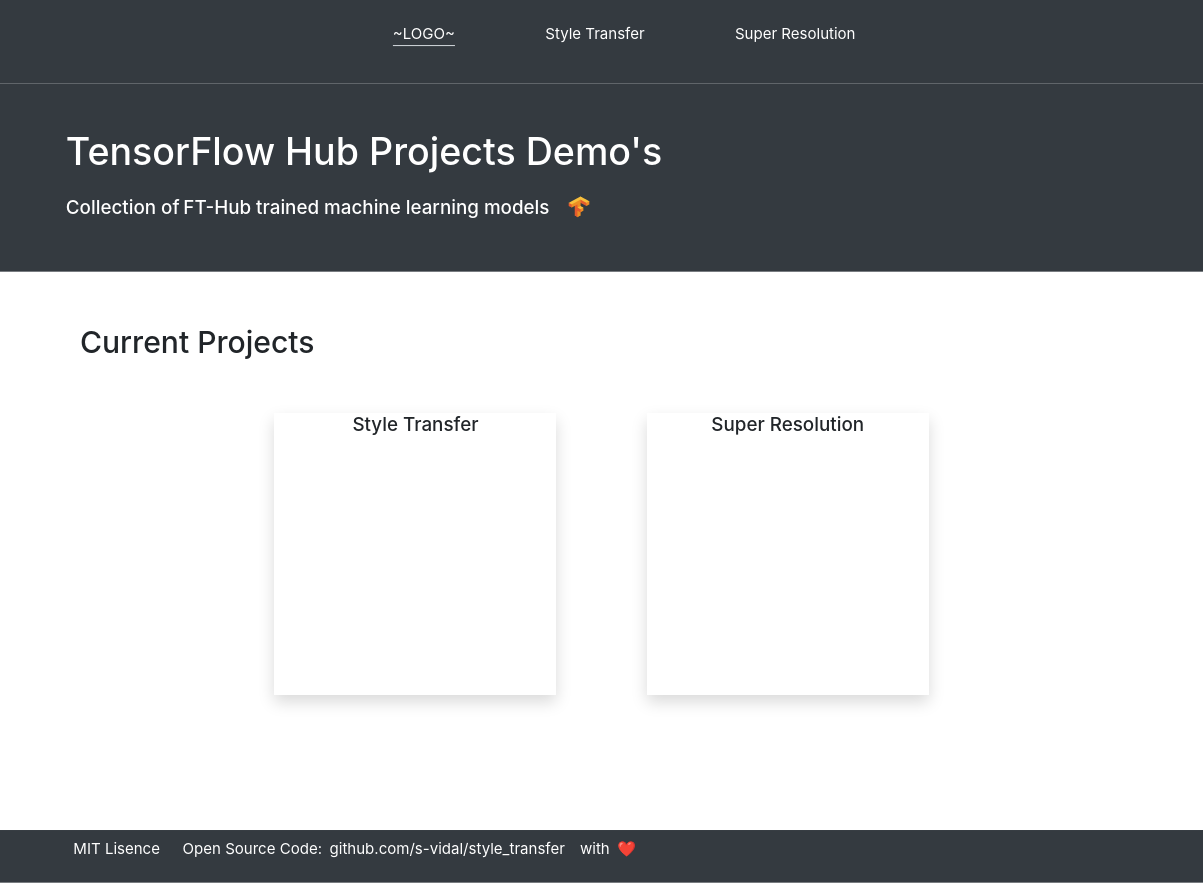
Repository: s-vidal/style_transfer
Page: / (app in client/)
An editor plug-in stored every save of this project. The page is shown before and after a run of saves, followed by the edit.
The browser window is 1280 px wide. The pictures show the whole page, at 94% of full size.
The page's requests for data from a server got no answer. The project was rebuilt for these pictures with package versions that can differ from the ones it lists, and the page was loaded fresh each time. A package was used in the major version that the imports need, not the one package.json lists. No one was signed in, and anything a server would have sent is missing. Also part of the build but not shown: client/src/components/DropZone.jsx, client/src/lib/api.js, client/src/components/Inference.jsx, client/src/components/Header.jsx, client/src/pages/StyleTransfer.jsx, client/src/pages/SuperResolution.jsx.

Above is the page before, as saved 2020-09-30 14:29:50.

### client/public/index.html
<!DOCTYPE html>
<html lang="en">
  <head>
    <meta charset="utf-8" />
    <link rel="icon" href="%PUBLIC_URL%/favicon.ico" />
    <meta name="viewport" content="width=device-width, initial-scale=1" />
    <meta name="theme-color" content="#000000" />
    <meta
      name="description"
      content="Web site created using create-react-app"
    />
    <link rel="apple-touch-icon" href="%PUBLIC_URL%/logo192.png" />
    <!--
      manifest.json provides metadata used when your web app is installed on a
      user's mobile device or desktop. See https://developers.google.com/web/fundamentals/web-app-manifest/
    -->
    <link rel="manifest" href="%PUBLIC_URL%/manifest.json" />
    <!--
      Notice the use of %PUBLIC_URL% in the tags above.
      It will be replaced with the URL of the `public` folder during the build.
      Only files inside the `public` folder can be referenced from the HTML.

      Unlike "/favicon.ico" or "favicon.ico", "%PUBLIC_URL%/favicon.ico" will
      work correctly both with client-side routing and a non-root public URL.
      Learn how to configure a non-root public URL by running `npm run build`.
    -->
    <!-- CSS only -->
    <link
      rel="stylesheet"
      href="https://stackpath.bootstrapcdn.com/bootstrap/4.5.2/css/bootstrap.min.css"
      integrity="sha384-JcKb8q3iqJ61gNV9KGb8thSsNjpSL0n8PARn9HuZOnIxN0hoP+VmmDGMN5t9UJ0Z"
      crossorigin="anonymous"
    />
    <title>React App</title>
  </head>
  <body>
    <noscript>You need to enable JavaScript to run this app.</noscript>
    <div id="root"></div>
    <!--
      This HTML file is a template.
      If you open it directly in the browser, you will see an empty page.

      You can add webfonts, meta tags, or analytics to this file.
      The build step will place the bundled scripts into the <body> tag.

      To begin the development, run `npm start` or `yarn start`.
      To create a production bundle, use `npm run build` or `yarn build`.
    -->
    <!-- JS, Popper.js, and jQuery -->
    <script
      src="https://code.jquery.com/jquery-3.5.1.slim.min.js"
      integrity="sha384-DfXdz2htPH0lsSSs5nCTpuj/zy4C+OGpamoFVy38MVBnE+IbbVYUew+OrCXaRkfj"
      crossorigin="anonymous"
    ></script>
    <script
      src="https://cdn.jsdelivr.net/npm/popper.js@1.16.1/dist/umd/popper.min.js"
      integrity="sha384-9/reFTGAW83EW2RDu2S0VKaIzap3H66lZH81PoYlFhbGU+6BZp6G7niu735Sk7lN"
      crossorigin="anonymous"
    ></script>
    <script
      src="https://stackpath.bootstrapcdn.com/bootstrap/4.5.2/js/bootstrap.min.js"
      integrity="sha384-B4gt1jrGC7Jh4AgTPSdUtOBvfO8shuf57BaghqFfPlYxofvL8/KUEfYiJOMMV+rV"
      crossorigin="anonymous"
    ></script>
  </body>
</html>

### client/src/App.js
import React from "react";
import {BrowserRouter as Router, Switch, Route} from "react-router-dom";
import "./App.css";
import StyleTransfer from "./pages/StyleTransfer";
import SuperResolution from "./pages/SuperResolution";
import Footer from "./components/Footer";
import NavBar from "./components/NavBar";
import HomePage from "./pages/HomePage";

function App() {
  return (
    <div>
      <Router>
        <NavBar />
        <Switch>
          <Route path="/super-resolution">
            <SuperResolution />
          </Route>
          <Route path="/style-transfer">
            <StyleTransfer />
          </Route>
          <Route path="/">
            <HomePage />
          </Route>
        </Switch>
        <Footer />
      </Router>
    </div>
  );
}

export default App;

### client/src/App.css
.vh-59 {
  min-height: 58.6vh;
}

.italic {
  font-style: italic;
}

### client/src/components/Footer.jsx
import React from "react";

const Footer = () => {
  return (
    <div className="text-white bg-dark">
      <div className="container mt-5">
        <div className="row p-2 mt-4">
          <p className="mr-4">MIT Lisence</p>
          <p>Open Source Code:</p>
          <a
            className="ml-2 text-white"
            href="https://github.com/s-vidal/style_transfer"
          >
            <span>github.com/s-vidal/style_transfer</span>
          </a>
          <p className="ml-3 mr-1"> with </p>
          <span role="img" aria-label="emoji" className="ml-1">
            ❤️
          </span>
        </div>
      </div>
    </div>
  );
};

export default Footer;

### client/src/components/NavBar.jsx
import React, {useState, useEffect} from "react";
import {Link, useLocation} from "react-router-dom";
import "./NavBar.css";

const NavBar = () => {
  const [currentPage, setCurrentPage] = useState("");
  const location = useLocation();

  useEffect(() => {
    const currentPath = location.pathname;
    setCurrentPage(currentPath.substring(1));
  }, [location]);

  return (
    <nav className="navbar navbar-expand-lg d-flex justify-content-center bg-dark pt-3 pb-3">
      <ul className="navbar-nav">
        <li className="nav-item">
          <Link className="nav-link pl-5 pr-5" to={"/"}>
            <div className="ml-5 ">
              <p
                className={
                  currentPage === ""
                    ? "text-white nav-text active border-bottom"
                    : "text-white nav-text"
                }
              >
                ~LOGO~
              </p>
            </div>
          </Link>
        </li>
        <li className="nav-item">
          <Link
            className="nav-link pl-5 pr-5 text-white"
            to={"/style-transfer"}
          >
            <p
              className={
                currentPage === "style-transfer"
                  ? "text-white nav-text active border-bottom"
                  : "text-white nav-text"
              }
            >
              Style Transfer
            </p>
          </Link>
        </li>
        <li className="nav-item active">
          <Link
            className="nav-link pl-5 pr-5 text-white"
            to={"/super-resolution"}
          >
            <p
              className={
                currentPage === "super-resolution"
                  ? "text-white nav-text active border-bottom"
                  : "text-white nav-text"
              }
            >
              Super Resolution
            </p>
          </Link>
        </li>
      </ul>
    </nav>
  );
};

export default NavBar;

### client/src/pages/HomePage.jsx
import React from "react";
import "../components/HomePage.css";

const HomePage = () => {
  return (
    <>
      <div className="bg-dark text-white p-4 pt-5 pb-5">
        <div className="container">
          <div className="row">
            <h1>TensorFlow Hub Projects Demo's</h1>
          </div>
          <div className="row mt-3">
            <h5>Collection of</h5>
            <a
              href="https://tfhub.dev/google/magenta/arbitrary-image-stylization-v1-256/2"
              className="pl-1 pr-1 text-white"
            >
              <h5>FT-Hub trained machine learning models</h5>
            </a>
            <img
              className="ml-3"
              src={require("../img/tf_logo.png")}
              alt="tf"
              width="22"
              height="22"
            ></img>
          </div>
        </div>
      </div>
      <div className="vh-59 p-5 pb-0">
        <div className="container">
          <div>
            <h2 className="mt-2">Current Projects</h2>
          </div>
          <div className="row d-flex justify-content-center">
            <div className="home-item shadow m-5">
              <h5 className="text-center">Style Transfer</h5>
              <div></div>
            </div>
            <div className="home-item shadow m-5">
              <h5 className="text-center"> Super Resolution</h5>
              <div></div>
            </div>
          </div>
        </div>
      </div>
    </>
  );
};

export default HomePage;

### client/src/components/NavBar.css
.nav-text:hover {
  border-bottom: 1px solid white;
}

### client/src/components/HomePage.css
.home-item {
  min-width: 300px;
  min-height: 300px;
}

Loaded but not shown: client/src/index.js (common file); client/src/index.css (common file); client/src/serviceWorker.js (common file)

After the next 3 saves:
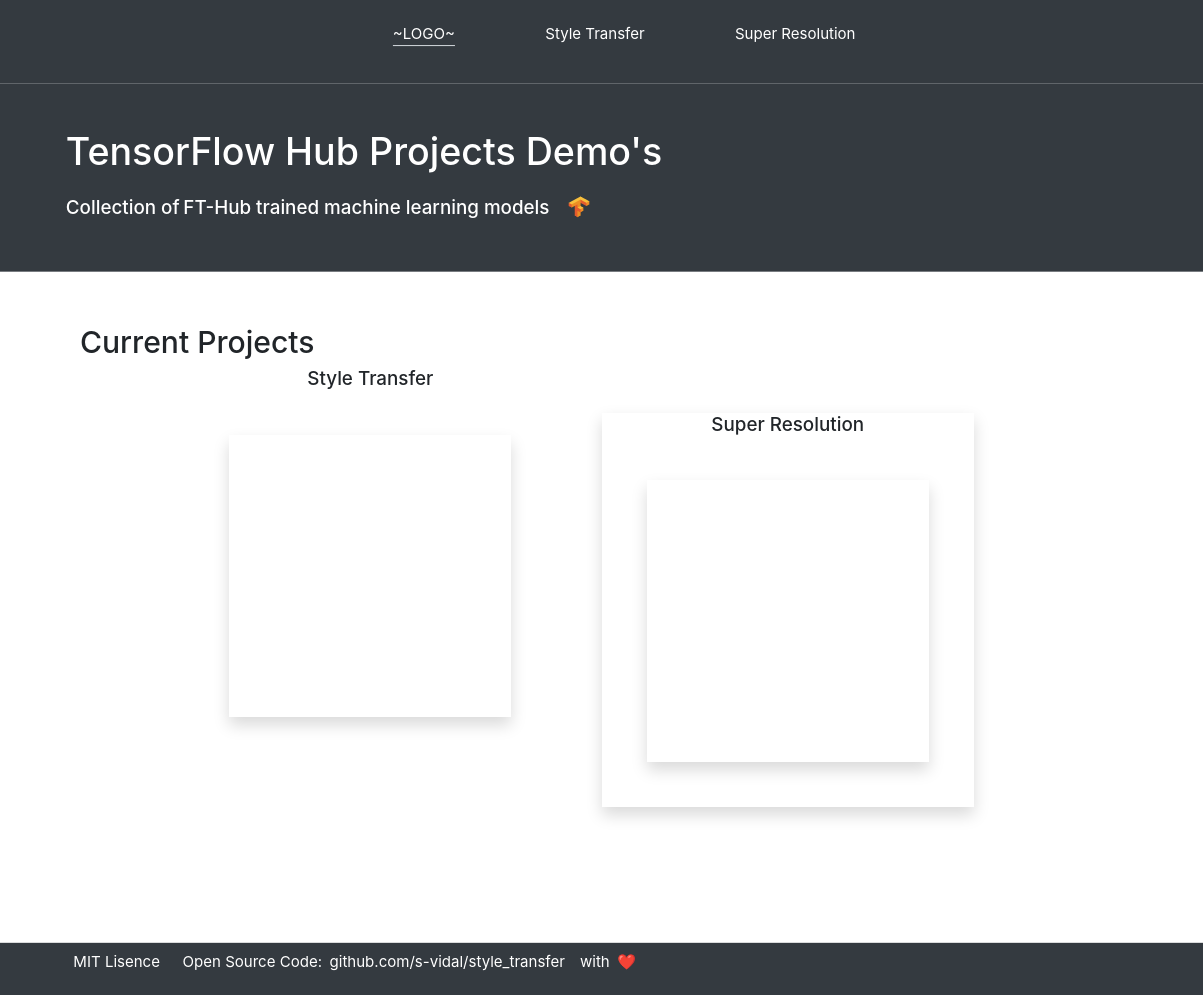
The 3 saves are shown as one change because they came seconds apart.
The last was saved 13 s later.
--- a/client/src/pages/HomePage.jsx
+++ b/client/src/pages/HomePage.jsx
@@ -33,13 +33,13 @@
             <h2 className="mt-2">Current Projects</h2>
           </div>
           <div className="row d-flex justify-content-center">
-            <div className="home-item shadow m-5">
+            <div>
               <h5 className="text-center">Style Transfer</h5>
-              <div></div>
+              <div className="home-item shadow m-5"></div>
             </div>
             <div className="home-item shadow m-5">
               <h5 className="text-center"> Super Resolution</h5>
-              <div></div>
+              <div className="home-item shadow m-5"></div>
             </div>
           </div>
         </div>
